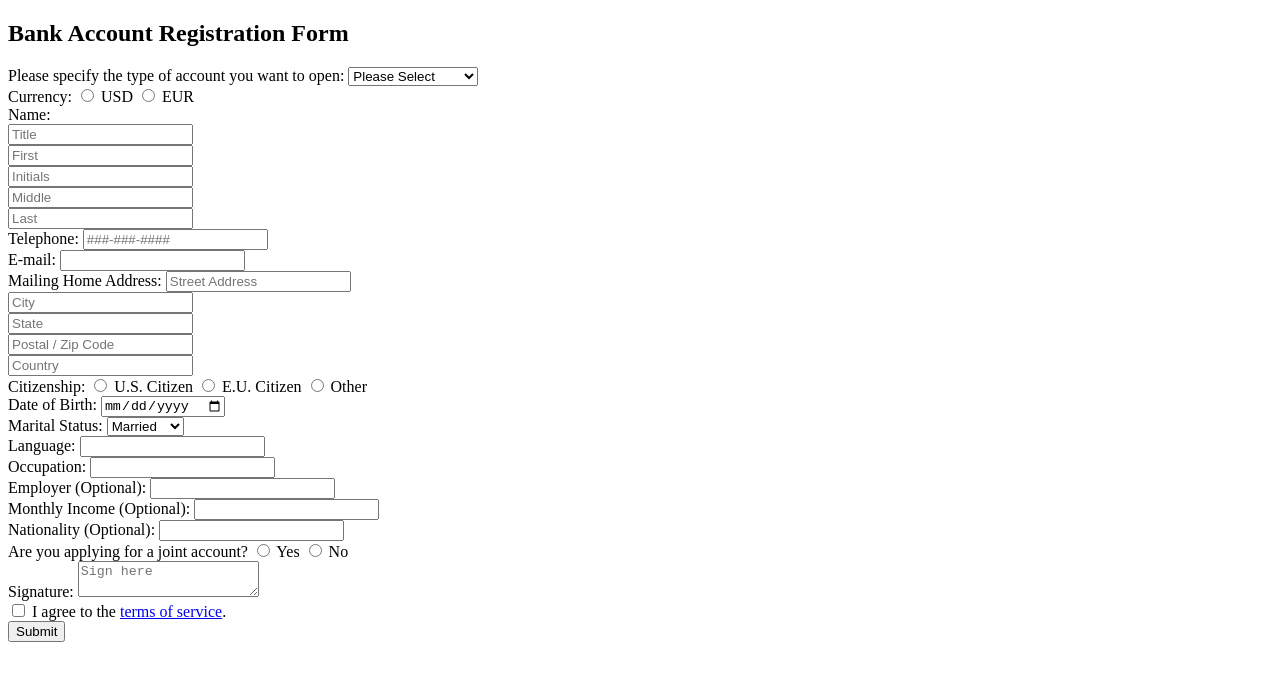
Repository: hizeetech/First-Assignment
Page: sign_up.html
The author's editor kept a copy of each file at every save. The page is drawn from the files as they stood at one save, then again after a run of saves.
The browser window is 1280 px wide. The pictures show the whole page.

Above is the page before, as saved 2024-11-09 02:15:37.

### sign_up.html
<!DOCTYPE html>
<html lang="en">
<head>
    <meta charset="UTF-8">
    <meta name="viewport" content="width=device-width, initial-scale=1.0">
    <title>Bank Account Registration Form</title>

</head>
<body>

<div>
    <h2>Bank Account Registration Form</h2>
    <form action="#" method="post">

        <div>
            <label for="account-type">Please specify the type of account you want to open:</label>
            <select id="account-type" name="account_type" required>
                <option value="">Please Select</option>
                <option value="savings">Savings Account</option>
                <option value="checking">Checking Account</option>
            </select>
        </div>

        <div>
            <label>Currency:</label>
            <label><input type="radio" name="currency" value="USD" required> USD</label>
            <label><input type="radio" name="currency" value="EUR"> EUR</label>
        </div>

        <div>
            <label for="title">Name:</label>
            <div class="inline"><input type="text" id="title" name="title" placeholder="Title"></div>
            <div class="inline"><input type="text" name="first_name" placeholder="First" required></div>
            <div class="inline"><input type="text" name="initials" placeholder="Initials"></div>
            <div class="inline"><input type="text" name="middle_name" placeholder="Middle"></div>
            <input type="text" name="last_name" placeholder="Last" required>
        </div>

        <div>
            <label for="telephone">Telephone:</label>
            <input type="tel" id="telephone" name="telephone" placeholder="###-###-####" required>
        </div>

        <div>
            <label for="email">E-mail:</label>
            <input type="email" id="email" name="email" required>
        </div>

        <div>
            <label for="address">Mailing Home Address:</label>
            <input type="text" id="address" name="address" placeholder="Street Address" required>
            <div class="inline"><input type="text" name="city" placeholder="City" required></div>
            <div class="inline"><input type="text" name="state" placeholder="State" required></div>
            <div class="inline"><input type="text" name="postal_code" placeholder="Postal / Zip Code" required></div>
            <input type="text" name="country" placeholder="Country" required>
        </div>

        <div>
            <label>Citizenship:</label>
            <label><input type="radio" name="citizenship" value="US" required> U.S. Citizen</label>
            <label><input type="radio" name="citizenship" value="EU"> E.U. Citizen</label>
            <label><input type="radio" name="citizenship" value="other"> Other</label>
        </div>

        <div>
            <label for="dob">Date of Birth:</label>
            <input type="date" id="dob" name="dob" required>
        </div>

        <div>
            <label for="marital-status">Marital Status:</label>
            <select id="marital-status" name="marital_status" required>
                <option value="married">Married</option>
                <option value="single">Single</option>
                <option value="divorced">Divorced</option>
                <option value="widowed">Widowed</option>
            </select>
        </div>

        <div>
            <label for="language">Language:</label>
            <input type="text" id="language" name="language" required>
        </div>
        <div>
            <label for="occupation">Occupation:</label>
            <input type="text" id="occupation" name="occupation" required>
        </div>
        <div>
            <label for="employer">Employer (Optional):</label>
            <input type="text" id="employer" name="employer">
        </div>
        <div>
            <label for="income">Monthly Income (Optional):</label>
            <input type="text" id="income" name="monthly_income">
        </div>


        <div>
            <label for="nationality">Nationality (Optional):</label>
            <input type="text" id="nationality" name="nationality">
        </div>
        <div>
            <label>Are you applying for a joint account?</label>
            <label><input type="radio" name="joint_account" value="yes"> Yes</label>
            <label><input type="radio" name="joint_account" value="no"> No</label>
        </div>

        <!-- Signature and Terms -->
        <div class="form-group">
            <label for="signature">Signature:</label>
            <textarea id="signature" name="signature" placeholder="Sign here" rows="2" required></textarea>
        </div>
        <div class="form-group terms">
            <input type="checkbox" id="terms" name="terms" required>
            <label for="terms">I agree to the <a href="#">terms of service</a>.</label>
        </div>

        <!-- Submit Button -->
        <button type="submit" class="submit-btn">Submit</button>
    </form>
</div>

</body>
</html>

After the next 2 saves:
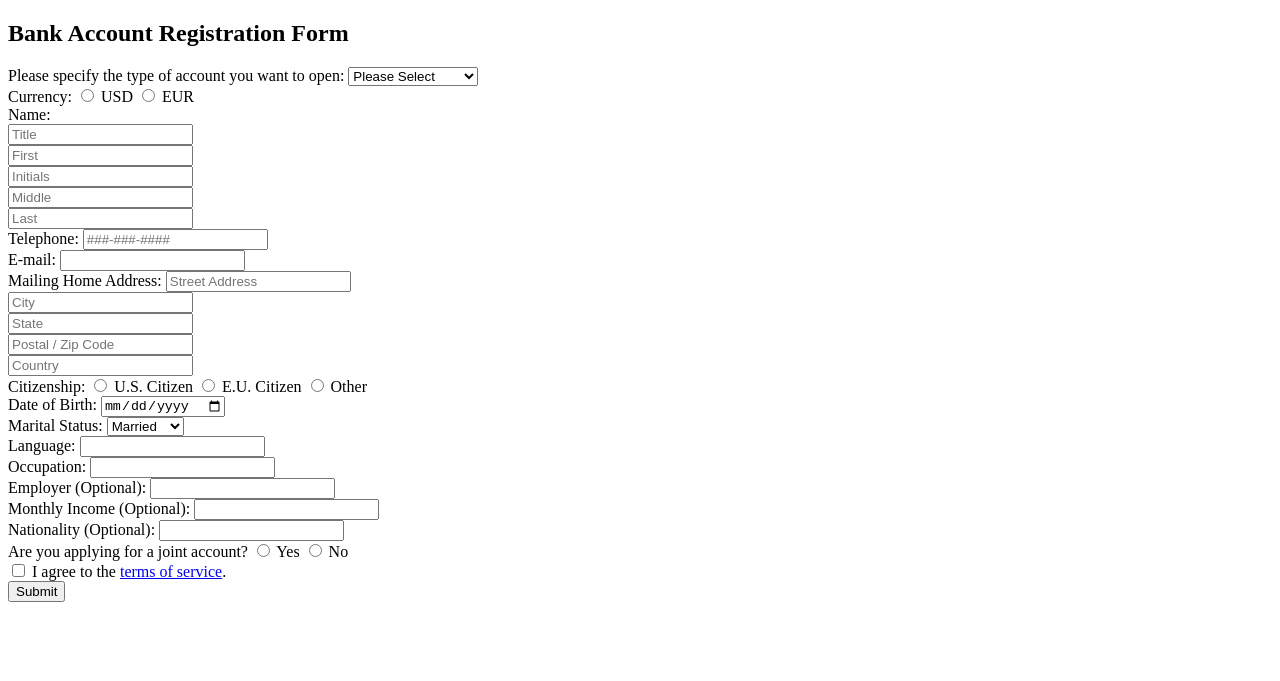
The 2 saves are shown as one change because they came seconds apart.
The last was saved 16 s later.
--- a/sign_up.html
+++ b/sign_up.html
@@ -105,11 +105,6 @@
             <label><input type="radio" name="joint_account" value="no"> No</label>
         </div>
 
-        <!-- Signature and Terms -->
-        <div class="form-group">
-            <label for="signature">Signature:</label>
-            <textarea id="signature" name="signature" placeholder="Sign here" rows="2" required></textarea>
-        </div>
         <div class="form-group terms">
             <input type="checkbox" id="terms" name="terms" required>
             <label for="terms">I agree to the <a href="#">terms of service</a>.</label>
